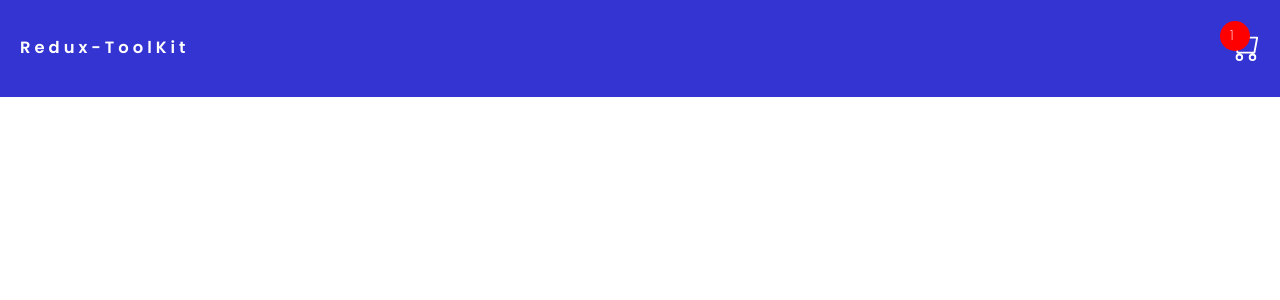
Repository: OmniaRafat232111121/shoppingCart
Page: /
An editor plug-in stored every save of this project. The page is shown before and after the next save, followed by the edit.
The browser window is 1280 px wide. The pictures show the whole page.
The project was rebuilt for these pictures with package versions that can differ from the ones it lists, and the page was loaded fresh each time. Also part of the build but not shown: src/App.css.

Above is the page before, as saved 2023-02-07 01:58:11.

### src/index.js
import React from 'react';
import ReactDOM from 'react-dom/client';
import './index.css';
import App from './App';
import { Provider } from 'react-redux';
import { store } from './store';
const root = ReactDOM.createRoot(document.getElementById('root'));
root.render(
  <React.StrictMode>
    <Provider store={store}>
      <App />
    </Provider>
  </React.StrictMode>
);

### src/index.css
@import url('https://fonts.googleapis.com/css2?family=Poppins:ital,wght@0,100;0,200;0,600;1,100;1,200;1,500;1,600&display=swap');
body {
  margin:0;
  padding:0;
  box-sizing: border-box;
  line-height: 1.5;
  font-size: 0.875rem;
  font-family: 'Poppins', sans-serif;
}
nav{
  background-color: rgb(52, 52, 211);
  padding:20px 20px;
}
.nav-center{
  display: flex;
  align-items: center;
  justify-content: space-between;
  width:100%;
  color:#fff;
  margin:0 auto;
}
.nav-center h3{
  letter-spacing: 4px;
}
.nav-center h3:hover{
  letter-spacing: 2px;
}
.nav-container{
  position: relative;
}
.amount-container{
  position: absolute;
  top:-10px;
  left:-10px;
  background-color: red;
  border-radius: 50%;

  width:30px;
  height:30px;
}
.total-amount{
  position: absolute;
  left:10px;
  top:-10px;
  text-align: center;
}

### src/App.js
import './App.css';
import Navbar from './Component/Navbar';

function App() {
  return (
    <div className="App">
  <Navbar/>
    </div>
  );
}

export default App;

### src/store.js
import { configureStore } from "@reduxjs/toolkit";
import cartReducer from './features/cart/cartSlice'
export const store = configureStore({
    reducer: {
        cart:cartReducer
    }
})

### src/Component/Navbar.js
import React from 'react'
import { useSelector } from 'react-redux';
import {BsCart} from 'react-icons/bs'
const Navbar = () => {
    const {amount}=useSelector((state)=>state.cart)
  return (
      <>
          <nav>
              <div className='nav-center'>
                  <h3>Redux-ToolKit</h3>
                  <div className='nav-container'>
                      <BsCart size={30}  />
                      <div className='amount-container'>
            <p className='total-amount'>1</p>
          </div>
                  </div>

              </div>
          </nav>
      </>
  )
}

export default Navbar

### src/features/cart/cartSlice.js
import { createSlice } from "@reduxjs/toolkit";
const initialState = {
    cartItems: [],
    amount: 0,
    total: 0,
    isLoading:true
}
  const cartSlice = createSlice({
    name: 'cart',
    initialState,
})
console.log(cartSlice)
export default cartSlice.reducer

Loaded but not shown: public/index.html (common file)

After the next save:
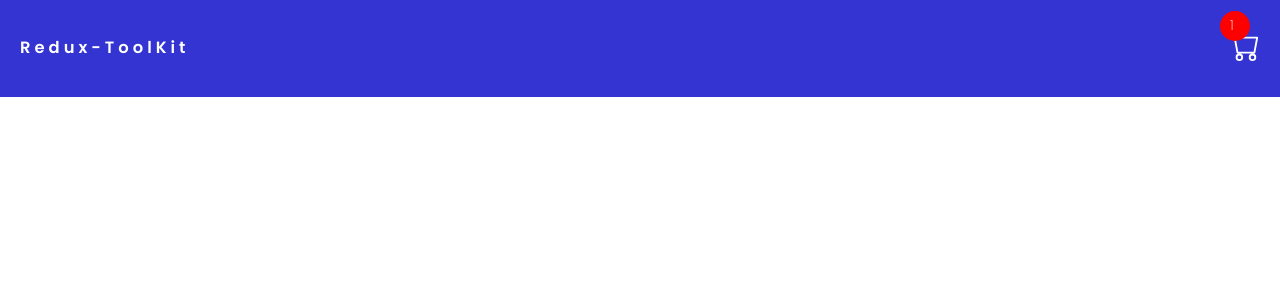
Saved 8 s later.
--- a/src/index.css
+++ b/src/index.css
@@ -30,7 +30,7 @@ nav{
 }
 .amount-container{
   position: absolute;
-  top:-10px;
+  top:-20px;
   left:-10px;
   background-color: red;
   border-radius: 50%;
